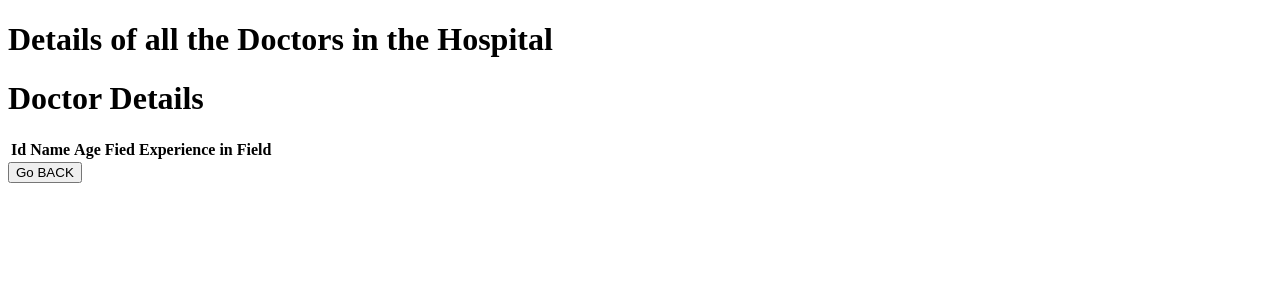
Repository: SangatiNithyaSai/SpringWorkspace
Page: http://localhost/alldoctors
The author's editor kept a copy of each file at every save. The page is drawn from the files as they stood at one save, then again after the next save.
The browser window is 1280 px wide. The pictures show the whole page.
The page is this project's Thymeleaf template; nobody is signed in. The template is opened directly, without the code that normally fills it, so the values that code supplies are empty.

Above is the page before, as saved 2022-03-31 04:43:52.

### hospital-management/src/main/resources/templates/alldoctors.html
<!DOCTYPE html>
<html>
<body>
  <p><h1>Details of all the Doctors in the Hospital</h1></p>


  <h1>Doctor Details</h1>
  <table>
  <thead>
        <th>Id</th>
        <th>Name</th>
        <th>Age</th>
        <th>Fied</th>
        <th>Experience in Field</th>
        </thead>
        <body>
   <tr th:each="doc:${doctors}">
   <td th:text="${doc.id}"/>
    <td th:text="${doc.name}"></td>
    <td th:text="${doc.age}"></td>
    <td th:text="${doc.field}"></td>
    <td th:text="${doc.exp_in_years}"></td> </tr>
    </tr>
    </table>
    </body>
  </table>



   <button onclick="myFunction()">Go BACK</button>
<script>
function myFunction() {
  location.replace("/HospitalManagement/adminoperation")
}
</script>


</body>
</html>

After the next save:
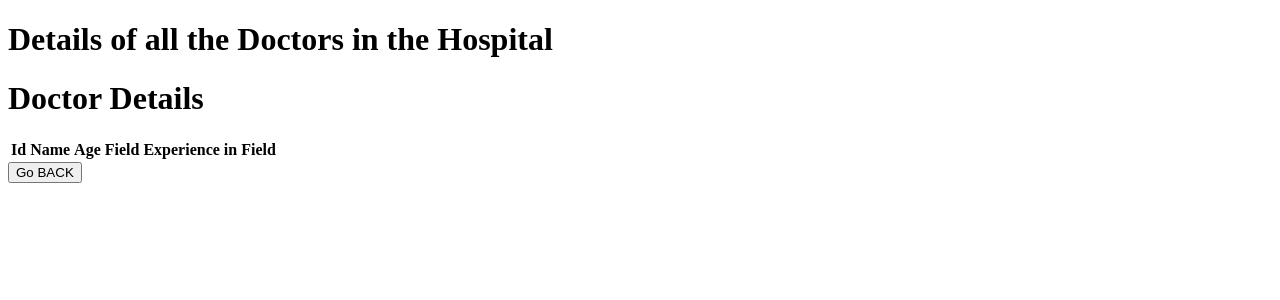
Saved 5 min 40 s later.
--- a/hospital-management/src/main/resources/templates/alldoctors.html
+++ b/hospital-management/src/main/resources/templates/alldoctors.html
@@ -10,7 +10,7 @@
         <th>Id</th>
         <th>Name</th>
         <th>Age</th>
-        <th>Fied</th>
+        <th>Field</th>
         <th>Experience in Field</th>
         </thead>
         <body>
@@ -20,7 +20,7 @@
     <td th:text="${doc.age}"></td>
     <td th:text="${doc.field}"></td>
     <td th:text="${doc.exp_in_years}"></td> </tr>
-    </tr>
+
     </table>
     </body>
   </table>
